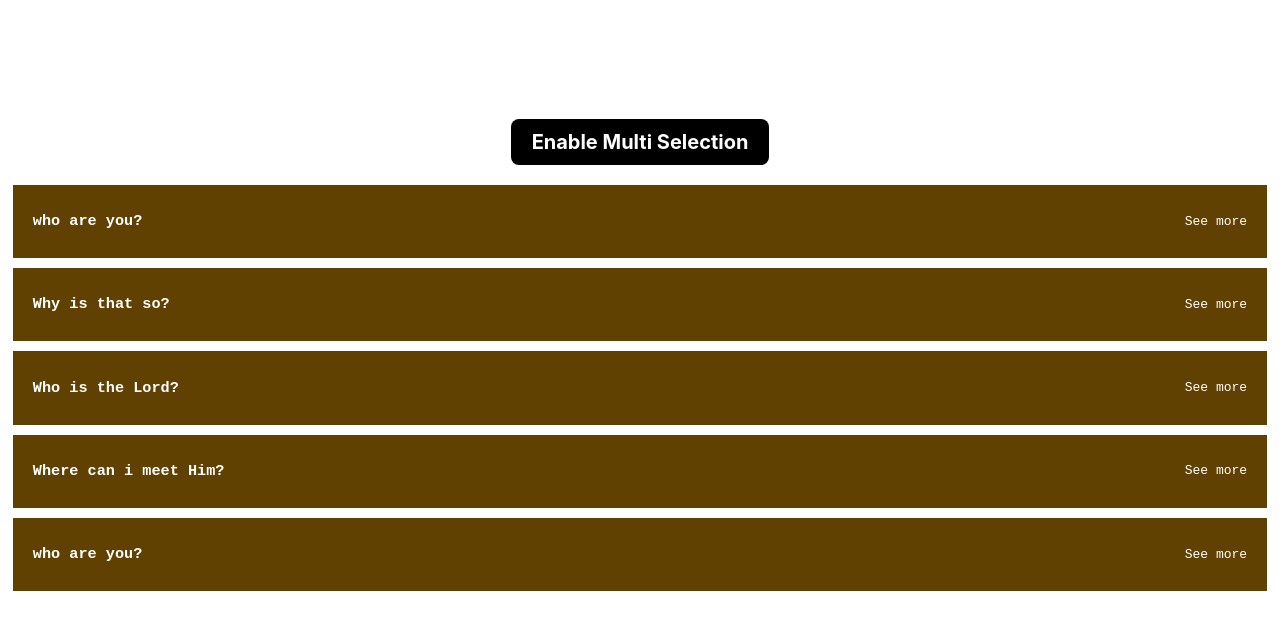
Repository: profbkmurage/reactprojectsBK
Page: /
The author's editor kept a copy of each file at every save. The page is drawn from the files as they stood at one save, then again after a run of saves.
The browser window is 1280 px wide. The pictures show the whole page.
The project was rebuilt for these pictures with package versions that can differ from the ones it lists, and the page was loaded fresh each time. Also part of the build but not shown: vite.config.js.

Above is the page before, as saved 2025-02-23 09:56:24.

After the next 2 saves:
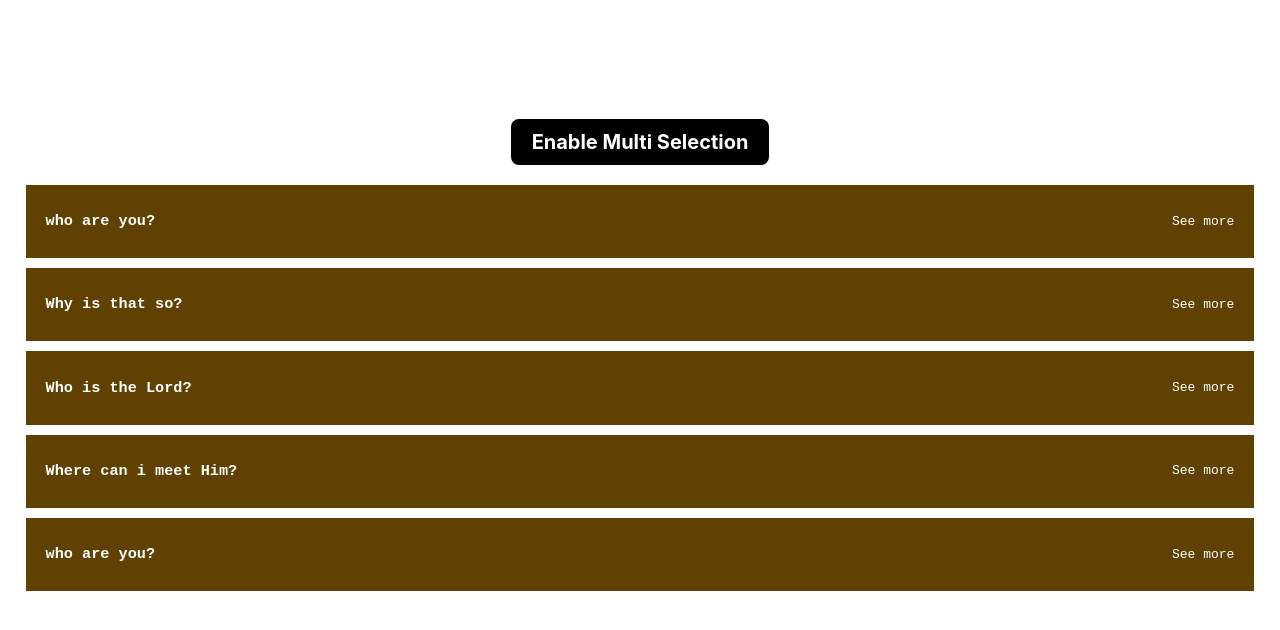
The 2 saves are shown as one change because they came seconds apart.
The last was saved 7 s later.
--- a/src/components/accordian/style.css
+++ b/src/components/accordian/style.css
@@ -19,7 +19,7 @@
 }
 
 .accordian {
-    width: 98vw;
+    width: 96vw;
 }
 
 .item {
